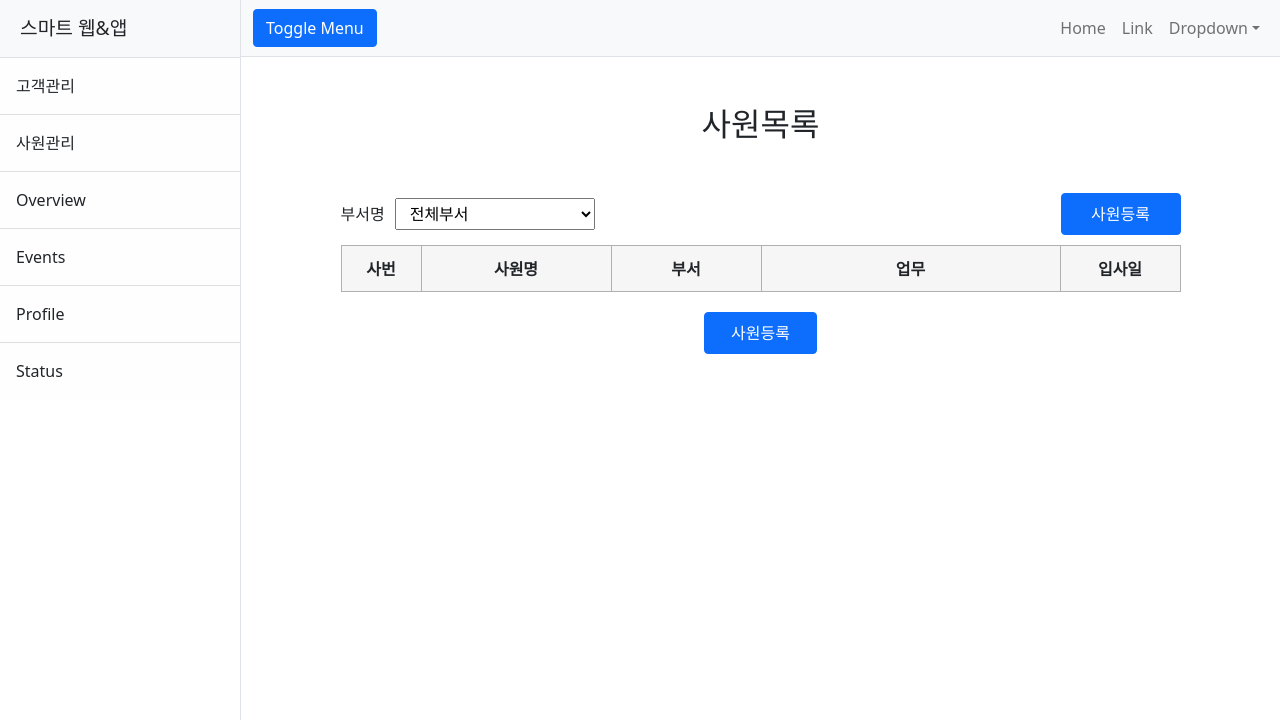
Repository: iwonhee/Study_Servlet
Page: http://localhost/web/employee/list.jsp
The author's editor kept a copy of each file at every save. The page is drawn from the files as they stood at one save, then again after the next save.
The browser window is 1280 px wide. The pictures show the whole page.
The page is served by Tomcat 9. Other server files are loaded and not shown. The template is opened directly, without the code that normally fills it, so the values that code supplies are empty.

Above is the page before, as saved 2022-11-28 08:39:17.

### web/src/main/webapp/employee/list.jsp
<%@ page language="java" contentType="text/html; charset=UTF-8"
    pageEncoding="UTF-8"%>
<%@ taglib uri="http://java.sun.com/jsp/jstl/core" prefix="c"%>
<!DOCTYPE html>
<html>
<head>
<meta charset="UTF-8">
<meta name="viewport" content="width=device-width, initial-scale=1, shrink-to-fit=no" />
<title>Insert title here</title>
</head>
<body>
    <div class="d-flex" id="wrapper">
        <!-- SideBar-->
        <jsp:include page="/include/sidebar.jsp"></jsp:include>
        <!-- Page content wrapper-->
	<div id="page-content-wrapper">
        <!-- Top navigation-->
        <jsp:include page="/include/navigation.jsp"></jsp:include>
        <!-- Page content-->
    <div class="container-fluid">
    	<h2 class="mt-5">사원목록</h2>

    	<form method='post' action='list.hr'>
    	<div class='list-flex w-px840' >
	    	<div id='list-top'>
	    		<ul>
	    			<li>부서명</li>
	    			<li>
	    				<select name='department_id' class='w-px200' onchange='$("form").submit()'>
	    					<option value='-1'>전체부서</option>
	    					<c:forEach items='${dList}' var='d'>
		    					<option ${department_id eq d.department_id ? 'selected' : ''}
		    						value='${d.department_id}'>${d.department_name}</option>
	    					</c:forEach>
	    				</select>
	    			</li>
	    		</ul>
	    	</div>

	    	<div class='btnSet'>
	    		<button class='btn btn-primary w-px120'
	    				onclick='location="insert.hr"'>사원등록</button>
	    	</div>
	    </div>
    	<table class="w-px840">
    	<colgroup>
    		<col width='80px'>
    		<col width='190px'>
    		<col width='150px'>
    		<col>
    		<col width='120px'>
    	</colgroup>
    	<tr>
    		<th>사번</th>
    		<th>사원명</th>
    		<th>부서</th>
    		<th>업무</th>
    		<th>입사일</th>
    	</tr>
    	<c:forEach items="${list}" var="dto">
	    	<tr>
	    		<td>${dto.employee_id}</td>
	    		<td class='click'><a href='info.hr?id=${dto.employee_id}'>${dto.name}</a></td>
	    		<td>${dto.department_name}</td>
	    		<td>${dto.job_title}</td>
	    		<td>${dto.hire_date}</td>
	    	</tr>
    	</c:forEach>
    	</table>

    	</form>

        <div class="btnSet">
        	<button class="btn btn-primary" onclick='location="insert.hr"'>사원등록</button>
        </div>

            </div> <!-- #wrapper -->
        </div> <!-- #page-content-wrapper -->
    </div> <!-- .container-fluid -->
</body>
</html>

### web/src/main/webapp/include/sidebar.jsp
<%@ page language="java" contentType="text/html; charset=UTF-8"
    pageEncoding="UTF-8"%>
<%@ taglib uri="http://java.sun.com/jsp/jstl/core" prefix="c"%>
<head>
	<link rel="icon" type="image/x-icon" href="assets/favicon.ico" />
	<link href="css/styles.css?<%= new java.util.Date() %>" rel="stylesheet" />
	<link href="css/common.css?<%= new java.util.Date() %>" rel="stylesheet" />

	<script src="https://code.jquery.com/jquery-3.6.1.js"></script>
	<script src="https://cdn.jsdelivr.net/npm/bootstrap@5.1.3/dist/js/bootstrap.bundle.min.js"></script>
	<script src="js/scripts.js"></script>

</head>

<body>
<div class="border-end bg-white" id="sidebar-wrapper">
    <div class="sidebar-heading border-bottom bg-light"><a href='<c:url value="/"/>'>스마트 웹&amp;앱</a></div>
    <div class="list-group list-group-flush">
        <a class="${category eq 'cu' ? 'category' : ''} list-group-item list-group-item-action list-group-item-light p-3" href="list.cu">고객관리</a>
        <a class="${category eq 'hr' ? 'category' : ''} list-group-item list-group-item-action list-group-item-light p-3" href="list.hr">사원관리</a>
        <a class="list-group-item list-group-item-action list-group-item-light p-3" href="#!">Overview</a>
        <a class="list-group-item list-group-item-action list-group-item-light p-3" href="#!">Events</a>
        <a class="list-group-item list-group-item-action list-group-item-light p-3" href="#!">Profile</a>
        <a class="list-group-item list-group-item-action list-group-item-light p-3" href="#!">Status</a>
    </div>
</div>
</body>

### web/src/main/webapp/include/navigation.jsp
<%@ page language="java" contentType="text/html; charset=UTF-8"
    pageEncoding="UTF-8"%>
<%@ taglib uri="http://java.sun.com/jsp/jstl/core" prefix="c"%>
<link rel="icon" type="image/x-icon" href="assets/favicon.ico" />
<link href="css/styles.css" rel="stylesheet" />
<nav class="navbar navbar-expand-lg navbar-light bg-light border-bottom">
    <div class="container-fluid">
        <button class="btn btn-primary" id="sidebarToggle">Toggle Menu</button>
        <button class="navbar-toggler" type="button" data-bs-toggle="collapse" data-bs-target="#navbarSupportedContent" aria-controls="navbarSupportedContent" aria-expanded="false" aria-label="Toggle navigation"><span class="navbar-toggler-icon"></span></button>
        <div class="collapse navbar-collapse" id="navbarSupportedContent">
            <ul class="navbar-nav ms-auto mt-2 mt-lg-0">
                <li class="nav-item active"><a class="nav-link" href="#!">Home</a></li>
                <li class="nav-item"><a class="nav-link" href="#!">Link</a></li>
                <li class="nav-item dropdown">
                    <a class="nav-link dropdown-toggle" id="navbarDropdown" href="#" role="button" data-bs-toggle="dropdown" aria-haspopup="true" aria-expanded="false">Dropdown</a>
                    <div class="dropdown-menu dropdown-menu-end" aria-labelledby="navbarDropdown">
                        <a class="dropdown-item" href="#!">Action</a>
                        <a class="dropdown-item" href="#!">Another action</a>
                        <div class="dropdown-divider"></div>
                        <a class="dropdown-item" href="#!">Something else here</a>
                    </div>
                </li>
            </ul>
        </div>
    </div>
</nav>

### web/src/main/webapp/css/common.css
@charset "UTF-8";
body{text-align:center;}
table th, table td{
	border:1px solid #b0b0b0;
}
ul{
	list-style: none;
	align-items: center;
	padding:0;
	margin:0;
}
#list-top{
	display:flex;
	justify-content: space-between;

}
#list-top ul{display:flex;padding:0; margin:0}
#list-top ul li:not(:first-child){margin-left:10px;}
.category{background-color:#0b5ed7 !important; color:#fff !important;}
table { text-align:center; margin: 0 auto;}
.btnSet{text-align:center; margin:20px auto;}
.btnSet button{padding: 8px 26px;}
table tr{height:46px;}
table.tb_list tr{height:38px;}
table td{ padding: 8px 10px }
table th{ background-color:#f6f6f6; text-align:center;}
h2{margin:50px auto; text-align:center; margin-top:30px;}

a:link, a:visited{text-decoration:none; color:inherit}
a:hover{ text-decoration:underline; color:#3367d6;}

select{
	height:32px;
	cursor:pointer;
	padding-left:10px;
}

.click{padding:0}
.click a{display:block; padding:12px 0 9px 0; transition:all .2s}
.click a:hover{background-color:#0d6efd; color:#fff; text-decoration:none}

.list-flex{
	display:flex;
	justify-content: space-between;
	align-items: center;
	margin:10px auto;
}
.list-flex>div{
	margin:0;
}

.mr-5{margin-right:20px;}

.w-pct80 { width: 80% }
.w-pct60 { width: 60% }
.w-pct40 { width: 40% }

.w-px40 { width: 40px }
.w-px60 { width: 60px }
.w-px80 { width: 80px }
.w-px100 { width: 100px }
.w-px120 { width: 120px }
.w-px140 { width: 140px }
.w-px160 { width: 160px }
.w-px180 { width: 180px }
.w-px200 { width: 200px }
.w-px300 { width: 300px }
.w-px400 { width: 400px }
.w-px500 { width: 500px }
.w-px600 { width: 600px }
.w-px800 { width: 800px }
.w-px840 { width: 840px }
.w-px900 { width: 900px }
.w-px1000 { width: 1000px }

### web/src/main/webapp/js/scripts.js
/*!
* Start Bootstrap - Simple Sidebar v6.0.5 (https://startbootstrap.com/template/simple-sidebar)
* Copyright 2013-2022 Start Bootstrap
* Licensed under MIT (https://github.com/StartBootstrap/startbootstrap-simple-sidebar/blob/master/LICENSE)
*/
//
// Scripts
//

window.addEventListener('DOMContentLoaded', event => {

    // Toggle the side navigation
    const sidebarToggle = document.body.querySelector('#sidebarToggle');
    if (sidebarToggle) {
        // Uncomment Below to persist sidebar toggle between refreshes
        // if (localStorage.getItem('sb|sidebar-toggle') === 'true') {
        //     document.body.classList.toggle('sb-sidenav-toggled');
        // }
        sidebarToggle.addEventListener('click', event => {
            event.preventDefault();
            document.body.classList.toggle('sb-sidenav-toggled');
            localStorage.setItem('sb|sidebar-toggle', document.body.classList.contains('sb-sidenav-toggled'));
        });
    }

});

Loaded but not shown: web/src/main/webapp/css/styles.css (library)

After the next save:
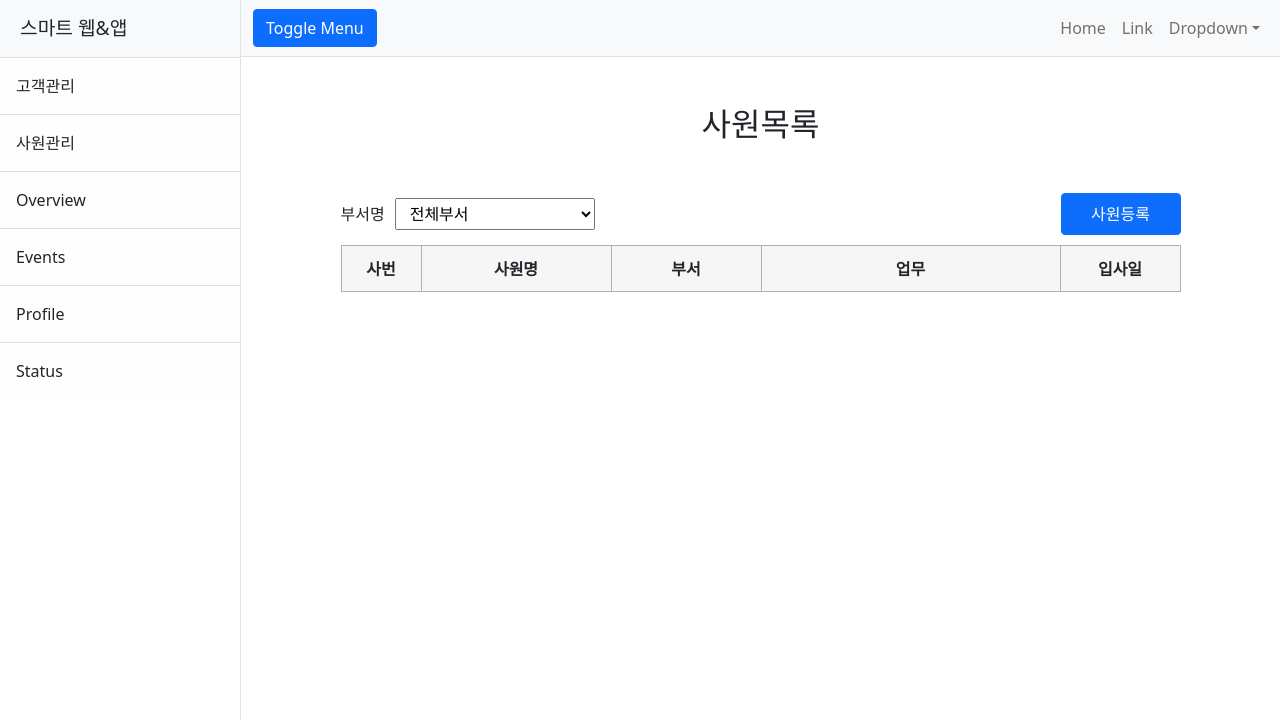
Saved 67 s later.
--- a/web/src/main/webapp/employee/list.jsp
+++ b/web/src/main/webapp/employee/list.jsp
@@ -70,10 +70,6 @@
 
     	</form>
 
-        <div class="btnSet">
-        	<button class="btn btn-primary" onclick='location="insert.hr"'>사원등록</button>
-        </div>
-
             </div> <!-- #wrapper -->
         </div> <!-- #page-content-wrapper -->
     </div> <!-- .container-fluid -->
